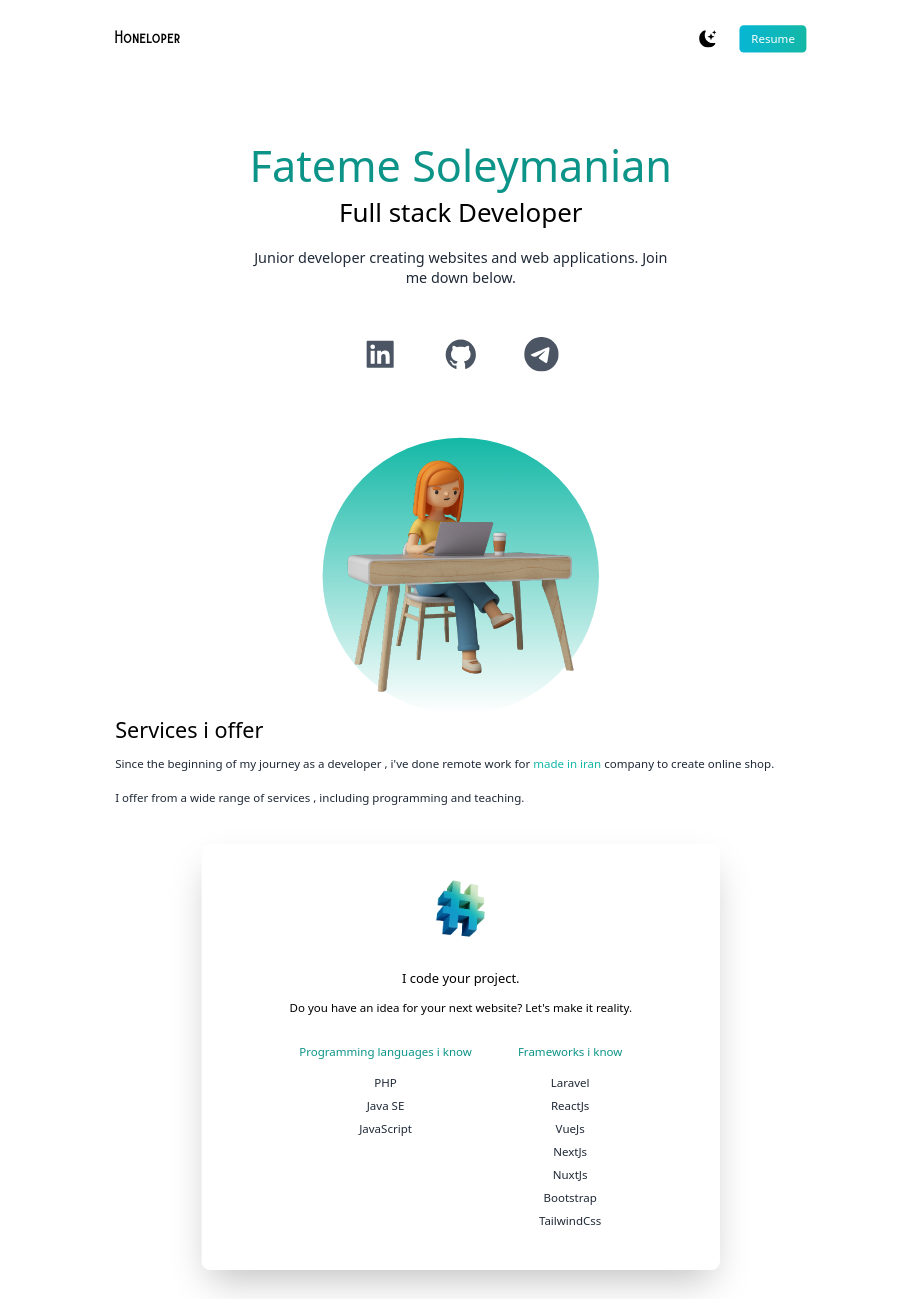
Repository: fatemesoleymanian/portfolio
Page: /
An editor plug-in stored every save of this project. The page is shown before and after the next save, followed by the edit.
The browser window is 1280 px wide. The pictures show the whole page, at 72% of full size.
The project was rebuilt for these pictures with package versions that can differ from the ones it lists, and the page was loaded fresh each time. The framework's server and built-in components were replaced by stand-ins that run in the browser. Also part of the build but not shown: next.config.js.

Above is the page before, as saved 2023-03-10 19:01:55.

### pages/index.js
import Head from 'next/head'
import { BsFillMoonStarsFill } from 'react-icons/bs'
import { AiFillLinkedin, AiFillGithub , } from 'react-icons/ai'
import {SiTelegram} from 'react-icons/si'
import Image from 'next/image'
import honeloper from '../public/honeloper3d.png'
import code from '../public/code.png'
import { useState } from 'react'
export default function Home() {
  const [darkMode , setDarkMode] = useState(false);
  return (
    <div className={darkMode ? 'dark' : ''+`bg-gray-500`}>
      <Head>
        <title>My Portfolio</title>
        <meta name="description" content="Generated by create next app" />
        <meta name="viewport" content="width=device-width, initial-scale=1" />
        <link rel="icon" href="/favicon.ico" />
      </Head>
      <main className='bg-white px-10 md:px-20 lg:px-40 dark:bg-gray-900'>
        <section className="min-h-screen">
          <nav className='py-10 mb-12 flex justify-between dark:text-white'>
            <h1 className='text-xl font-burtons'>Honeloper</h1>
            <ul className='flex items-center'>
              <li>
                <BsFillMoonStarsFill className='cursor-pointer text-2xl'
                onClick={() => setDarkMode(!darkMode)}/>
              </li>
              <li>
                <a className="bg-gradient-to-r from-cyan-500 to-teal-500 text-white px-4 py-2 rounded-md ml-8"
                  href="https://jobvision.ir/cv/97158940-111758">Resume</a>
              </li>
            </ul>
          </nav>
          <div className='text-center p-9'>
            <h2 className='text-3xl md:text-4xl lg:text-6xl py-2 text-teal-600 font-medium'>
              Fateme Soleymanian</h2>
            <h3 className='text-2xl md:text-3xl lg:text-4xl py-2 dark:text-gray-100'>Full stack Developer</h3>
            <p className='text-md py-5 leading-8 text-gray-800 lg:text-xl
            max-w-xl mx-auto dark:text-gray-400'>
              Junior developer creating websites and web applications. Join me down below.</p>
          </div>
          <div className='text-5xl flex justify-center gap-16 py-3 text-gray-600 dark:text-gray-300'>
            <a href="https://www.linkedin.com/in/fateme-soleymanian-b2713a225">
              <AiFillLinkedin />  </a>
            <a href="https://github.com/fatemesoleymanian">
              <AiFillGithub />
            </a>
            <a href="https://t.me/Honeloper">
              <SiTelegram />
            </a>
          </div>
          <div className='relative bg-gradient-to-b from-teal-500 rounded-full
          mx-auto md:w-80 md:h-80 lg:h-96 lg:w-96 mt-20'>
            <Image src={honeloper} alt="honeloper" />
          </div>
        </section>

        <section>
          <div>
            <h3 className='text-3xl py-1 dark:text-gray-200'>
              Services i offer
            </h3>
            <p className='text-md py-2 leading-8 text-gray-800 dark:text-gray-300'>
              Since the beginning of my journey as a developer , i've done remote work for
              <span className='text-teal-500'><a href="https://madein-iran.com"> made in iran </a></span> company to create online shop.
            </p>
            <p className='text-md py-2 leading-8 text-gray-800 dark:text-gray-300'>
              I offer from a wide range of services , including programming and teaching.
            </p>
          </div>
          <div>
            <div className='md:mx-auto text-center shadow-2xl p-10 rounded-xl my-10 md:w-9/12'>
              <Image src={code} width={100} height={100} className="mx-auto"/>
              <h3 className='text-lg font-medium pt-8 pb-2 dark:text-gray-100'>
                I code your project.
              </h3>
              <p className='py-2 dark:text-gray-200'>Do you have an idea for your next website?
                Let's make it reality.</p>
             <div className='flex justify-center gap-16 py-3'>
             <div className='dark:text-gray-300 text-gray-800'>
                <h4 className='py-4 text-teal-600'>Programming languages i know</h4>
                <p className='py-1'>PHP</p>
                <p className='py-1'>Java SE</p>
                <p className='py-1'>JavaScript</p>
              </div>
              <div className='dark:text-gray-300 text-gray-800'>
                <h4 className='py-4 text-teal-600'>Frameworks i know</h4>
                <p className='py-1'>Laravel</p>
                <p className='py-1'>ReactJs</p>
                <p className='py-1'>VueJs</p>
                <p className='py-1'>NextJs</p>
                <p className='py-1'>NuxtJs</p>
                <p className='py-1'>Bootstrap</p>
                <p className='py-1'>TailwindCss</p>
              </div>
             </div>
            </div>
          </div>
        </section>
      </main>
    </div>
  )
}

### styles/globals.css
@tailwind base;
@tailwind components;
@tailwind utilities;
:root {
  --max-width: 1100px;
  --border-radius: 12px;
  --font-mono: ui-monospace, Menlo, Monaco, 'Cascadia Mono', 'Segoe UI Mono',
    'Roboto Mono', 'Oxygen Mono', 'Ubuntu Monospace', 'Source Code Pro',
    'Fira Mono', 'Droid Sans Mono', 'Courier New', monospace;

  --foreground-rgb: 0, 0, 0;
  --background-start-rgb: 214, 219, 220;
  --background-end-rgb: 255, 255, 255;

  --primary-glow: conic-gradient(
    from 180deg at 50% 50%,
    #16abff33 0deg,
    #0885ff33 55deg,
    #54d6ff33 120deg,
    #0071ff33 160deg,
    transparent 360deg
  );
  --secondary-glow: radial-gradient(
    rgba(255, 255, 255, 1),
    rgba(255, 255, 255, 0)
  );

  --tile-start-rgb: 239, 245, 249;
  --tile-end-rgb: 228, 232, 233;
  --tile-border: conic-gradient(
    #00000080,
    #00000040,
    #00000030,
    #00000020,
    #00000010,
    #00000010,
    #00000080
  );

  --callout-rgb: 238, 240, 241;
  --callout-border-rgb: 172, 175, 176;
  --card-rgb: 180, 185, 188;
  --card-border-rgb: 131, 134, 135;
}

@media (prefers-color-scheme: dark) {
  :root {
    --foreground-rgb: 255, 255, 255;
    --background-start-rgb: 0, 0, 0;
    --background-end-rgb: 0, 0, 0;

    --primary-glow: radial-gradient(rgba(1, 65, 255, 0.4), rgba(1, 65, 255, 0));
    --secondary-glow: linear-gradient(
      to bottom right,
      rgba(1, 65, 255, 0),
      rgba(1, 65, 255, 0),
      rgba(1, 65, 255, 0.3)
    );

    --tile-start-rgb: 2, 13, 46;
    --tile-end-rgb: 2, 5, 19;
    --tile-border: conic-gradient(
      #ffffff80,
      #ffffff40,
      #ffffff30,
      #ffffff20,
      #ffffff10,
      #ffffff10,
      #ffffff80
    );

    --callout-rgb: 20, 20, 20;
    --callout-border-rgb: 108, 108, 108;
    --card-rgb: 100, 100, 100;
    --card-border-rgb: 200, 200, 200;
  }
}

* {
  box-sizing: border-box;
  padding: 0;
  margin: 0;
}

html,
body {
  max-width: 100vw;
  margin-bottom: 0;
  overflow-x: hidden;
}

a {
  color: inherit;
  text-decoration: none;
}

@font-face {
  font-family: "burtons";
  src: url('../public/Burtons.otf');
}

### tailwind.config.js
/** @type {import('tailwindcss').Config} */
module.exports = {
  darkMode:"class",
  content: [
    "./app/**/*.{js,ts,jsx,tsx}",
    "./pages/**/*.{js,ts,jsx,tsx}",
    "./components/**/*.{js,ts,jsx,tsx}",

  ],
  theme: {
    extend: {
      fontFamily:{
        burtons: "burtons",
      }
    },
  },
  plugins: [],
}

Loaded but not shown: pages/_app.js (common file); pages/_document.js (common file)

After the next save:
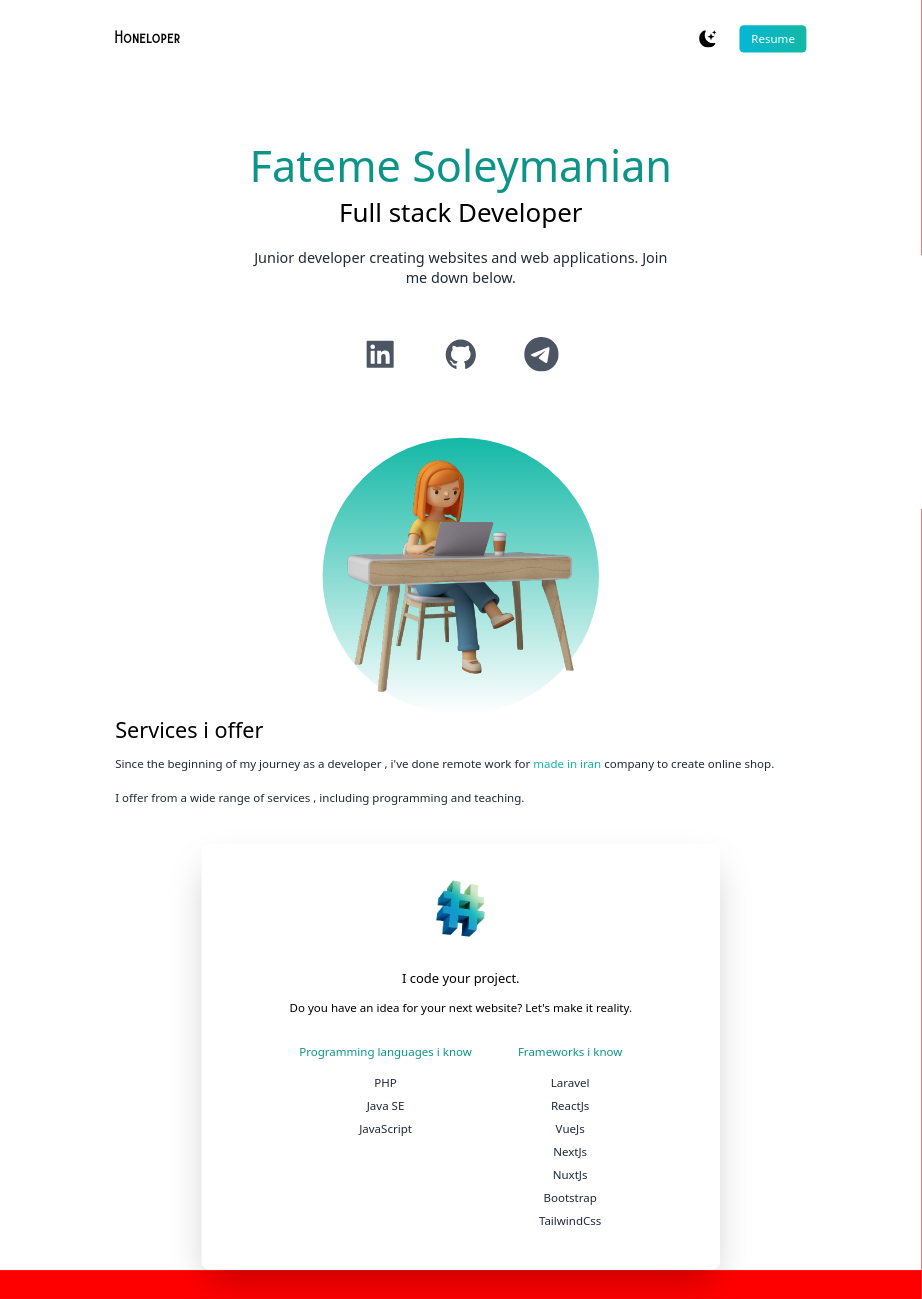
Saved 18 s later.
--- a/styles/globals.css
+++ b/styles/globals.css
@@ -86,6 +86,7 @@
 body {
   max-width: 100vw;
   margin-bottom: 0;
+  background-color: red;
   overflow-x: hidden;
 }
 

After the 2 saves that followed:
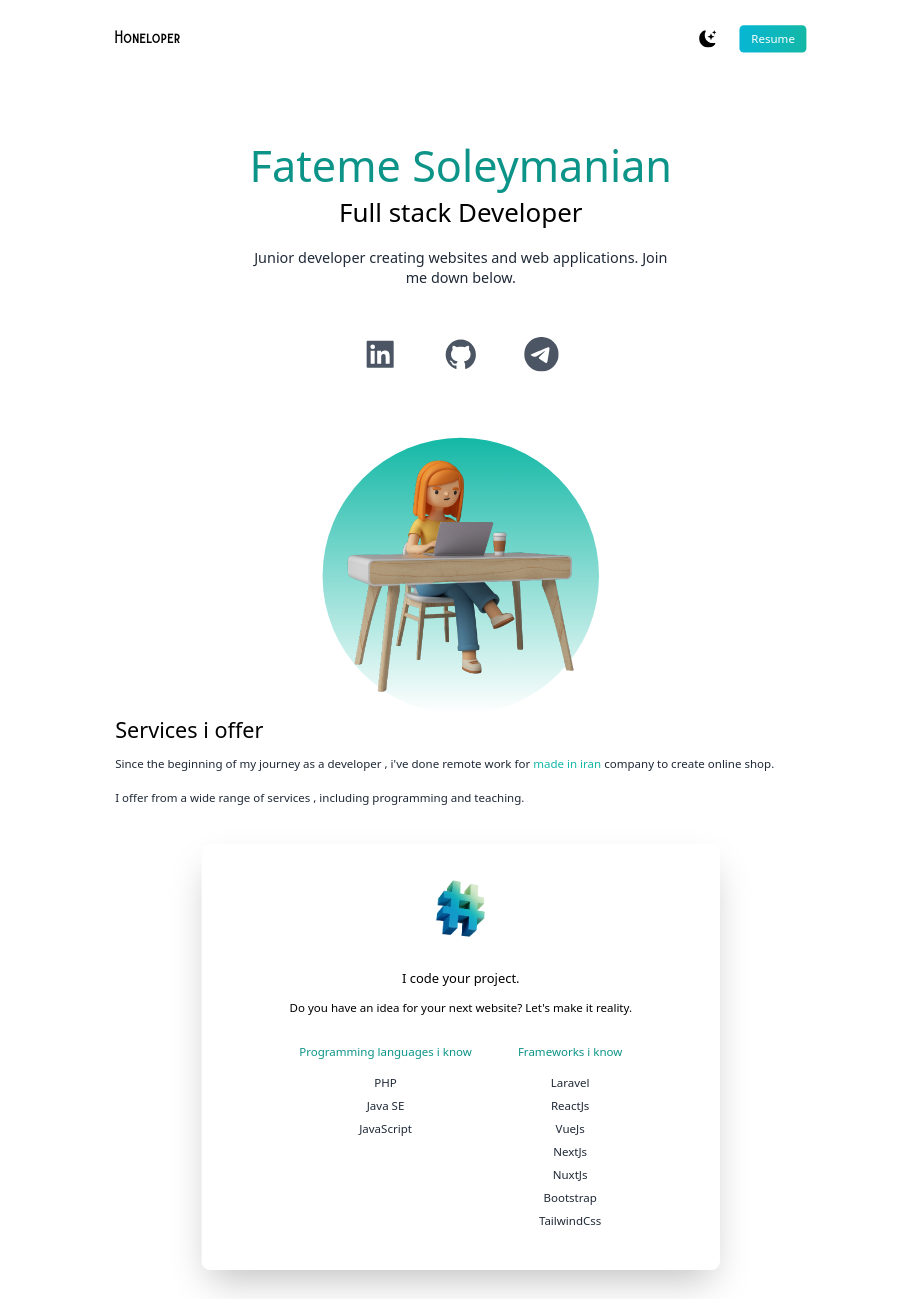
The 2 saves are shown as one change because 1 left the picture as it was.
The last was saved 2 min 59 s later.
--- a/styles/globals.css
+++ b/styles/globals.css
@@ -85,8 +85,7 @@
 html,
 body {
   max-width: 100vw;
-  margin-bottom: 0;
-  background-color: red;
+  height: fit-content;
   overflow-x: hidden;
 }
 
